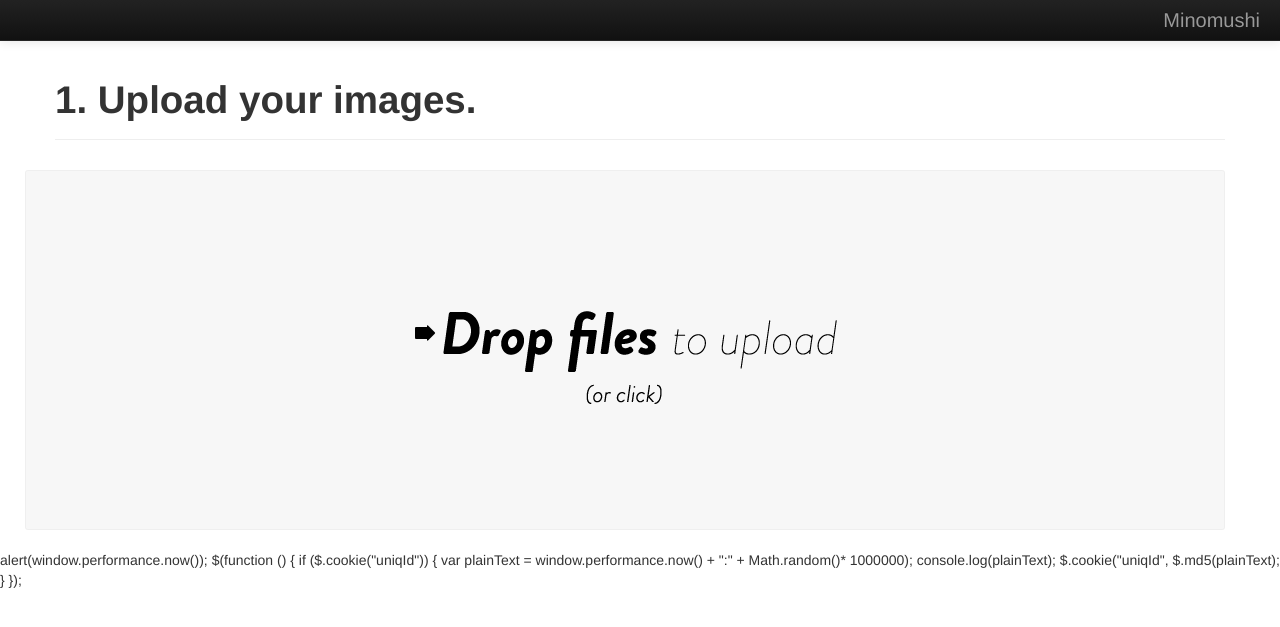
Repository: techiela/minomushi
Page: client/index.html
The author's editor kept a record of every edit. The page is drawn from the files as they stood at one moment, then again after the next edit.
The browser window is 1280 px wide. The pictures show the whole page.

Above is the page before.

### client/index.html
<!doctype html>
<html lang="en" ng-app>

<head>
  <title>Minomushi : pretty image resizing for smartphone</title>
  <meta name="viewport" content="width=device-width, initial-scale=1.0">
  <link rel="stylesheet" href="/css/bootstrap.min.css">
  <link rel="stylesheet" href="/css/bootstrap-responsive.min.css">
  <link rel="stylesheet" href="/css/dropzone.css">
  <style>
    body {
      padding-top: 60px;
    }
  </style>
  <script>
    function MinomushiController($scope, $http) {

      $scope.isDownloadLinkShow = false;
      $scope.send = function send() {};

      Dropzone.options.myAwesomeDropzone = {
        maxFilesize: 1, //MB
        thumbnailWidth: 100, //px
        thumbnailHeight: 100, //px
        dictCancelUpload: 'cancel',
        init: function() {
          this.on("maxfilesexceeded", function(file) {
            alert("No more files please!");
          });

          this.on("complete", function(_file) {
            if (this.getUploadingFiles().length === 0 &&
              this.getQueuedFiles().length === 0) {
              // コールバックの中から$scopeにアクセスする
              $scope.$apply(function() {
                $scope.isDownloadLinkShow = true;
              });

              // ダウンロードリンクまでスクロールする
              $("html, body").animate({
                scrollTop: $("#downloadFromHere").offset().top
              }, 1000);
            }
          });
        }
      }

      $scope.download = function() {
        $http.post("download", {}).success(function() {
          console.log("download ok")
        });
      }
    }
  </script>
</head>

<body>
  <div class="container" ng-controller="MinomushiController">
    <div class="navbar navbar-fixed-top navbar-inverse">
      <div class="navbar-inner">
        <div class="pull-right">
          <a href="/" class="brand">Minomushi</a>
        </div>
      </div>
    </div>
    <div class="page-header">
      <h1>1. Upload your images.</h1>
    </div>
    <div class="row">
      <form action="/upload" class="dropzone" id="my-awesome-dropzone"></form>
    </div>

    <div id="downloadFromHere" ng-show="isDownloadLinkShow">
      <div class="page-header">
        <h1>2. download from here.</h1>
      </div>
      <div class="row">
        <div class="hero-button text-center">
          <a href="/download" class="btn btn-large btn-success">
            <i class="icon-arrow-down icon-white"></i>
            download for iPhone
          </a>
          &nbsp;&nbsp;
          <a href="/download" class="btn btn-large btn-success">
            <i class="icon-arrow-down icon-white"></i>
            download for Android
          </a>
        </div>
      </div>

    </div>

  </div>
  <script src="/js/jquery.min.js"></script>
  <script src="/js/jquery.cookie.js"></script>
  <script src="/js/jquery.md5.js"></script>
  <script src="/js/bootstrap.min.js"></script>
  <script src="/js/angular.min.js"></script>
  <script src="/js/dropzone.js"></script>
  <scropt>

  alert(window.performance.now());
    $(function () {
      if ($.cookie("uniqId")) {
        var plainText = window.performance.now() + ":" + Math.random()* 1000000);
        console.log(plainText);
        $.cookie("uniqId", $.md5(plainText);
      }
    });
  </scropt>
</body>

</html>

### client/css/dropzone.css
/* The MIT License */
.dropzone,
.dropzone *,
.dropzone-previews,
.dropzone-previews * {
  -webkit-box-sizing: border-box;
  -moz-box-sizing: border-box;
  box-sizing: border-box;
}
.dropzone {
  position: relative;
  border: 1px solid rgba(0,0,0,0.08);
  background: rgba(0,0,0,0.02);
  padding: 1em;
}
.dropzone.dz-clickable {
  cursor: pointer;
}
.dropzone.dz-clickable .dz-message,
.dropzone.dz-clickable .dz-message span {
  cursor: pointer;
}
.dropzone.dz-clickable * {
  cursor: default;
}
.dropzone .dz-message {
  opacity: 1;
  -ms-filter: none;
  filter: none;
}
.dropzone.dz-drag-hover {
  border-color: rgba(0,0,0,0.15);
  background: rgba(0,0,0,0.04);
}
.dropzone.dz-started .dz-message {
  display: none;
}
.dropzone .dz-preview,
.dropzone-previews .dz-preview {
  background: rgba(255,255,255,0.8);
  position: relative;
  display: inline-block;
  margin: 17px;
  vertical-align: top;
  border: 1px solid #acacac;
  padding: 6px 6px 6px 6px;
}
.dropzone .dz-preview.dz-file-preview [data-dz-thumbnail],
.dropzone-previews .dz-preview.dz-file-preview [data-dz-thumbnail] {
  display: none;
}
.dropzone .dz-preview .dz-details,
.dropzone-previews .dz-preview .dz-details {
  width: 100px;
  height: 100px;
  position: relative;
  background: #ebebeb;
  padding: 5px;
  margin-bottom: 22px;
}
.dropzone .dz-preview .dz-details .dz-filename,
.dropzone-previews .dz-preview .dz-details .dz-filename {
  overflow: hidden;
  height: 100%;
}
.dropzone .dz-preview .dz-details img,
.dropzone-previews .dz-preview .dz-details img {
  position: absolute;
  top: 0;
  left: 0;
  width: 100px;
  height: 100px;
}
.dropzone .dz-preview .dz-details .dz-size,
.dropzone-previews .dz-preview .dz-details .dz-size {
  position: absolute;
  bottom: -28px;
  left: 3px;
  height: 28px;
  line-height: 28px;
}
.dropzone .dz-preview.dz-error .dz-error-mark,
.dropzone-previews .dz-preview.dz-error .dz-error-mark {
  display: block;
}
.dropzone .dz-preview.dz-success .dz-success-mark,
.dropzone-previews .dz-preview.dz-success .dz-success-mark {
  display: block;
}
.dropzone .dz-preview:hover .dz-details img,
.dropzone-previews .dz-preview:hover .dz-details img {
  display: none;
}
.dropzone .dz-preview .dz-success-mark,
.dropzone-previews .dz-preview .dz-success-mark,
.dropzone .dz-preview .dz-error-mark,
.dropzone-previews .dz-preview .dz-error-mark {
  display: none;
  position: absolute;
  width: 40px;
  height: 40px;
  font-size: 30px;
  text-align: center;
  right: -10px;
  top: -10px;
}
.dropzone .dz-preview .dz-success-mark,
.dropzone-previews .dz-preview .dz-success-mark {
  color: #8cc657;
}
.dropzone .dz-preview .dz-error-mark,
.dropzone-previews .dz-preview .dz-error-mark {
  color: #ee162d;
}
.dropzone .dz-preview .dz-progress,
.dropzone-previews .dz-preview .dz-progress {
  position: absolute;
  top: 100px;
  left: 6px;
  right: 6px;
  height: 6px;
  background: #d7d7d7;
  display: none;
}
.dropzone .dz-preview .dz-progress .dz-upload,
.dropzone-previews .dz-preview .dz-progress .dz-upload {
  display: block;
  position: absolute;
  top: 0;
  bottom: 0;
  left: 0;
  width: 0%;
  background-color: #8cc657;
}
.dropzone .dz-preview.dz-processing .dz-progress,
.dropzone-previews .dz-preview.dz-processing .dz-progress {
  display: block;
}
.dropzone .dz-preview .dz-error-message,
.dropzone-previews .dz-preview .dz-error-message {
  display: none;
  position: absolute;
  top: -5px;
  left: -20px;
  background: rgba(245,245,245,0.8);
  padding: 8px 10px;
  color: #800;
  min-width: 140px;
  max-width: 500px;
  z-index: 500;
}
.dropzone .dz-preview:hover.dz-error .dz-error-message,
.dropzone-previews .dz-preview:hover.dz-error .dz-error-message {
  display: block;
}
.dropzone {
  border: 1px solid rgba(0,0,0,0.03);
  min-height: 360px;
  -webkit-border-radius: 3px;
  border-radius: 3px;
  background: rgba(0,0,0,0.03);
  padding: 23px;
}
.dropzone .dz-default.dz-message {
  opacity: 1;
  -ms-filter: none;
  filter: none;
  -webkit-transition: opacity 0.3s ease-in-out;
  -moz-transition: opacity 0.3s ease-in-out;
  -o-transition: opacity 0.3s ease-in-out;
  -ms-transition: opacity 0.3s ease-in-out;
  transition: opacity 0.3s ease-in-out;
  background-image: url("../img/spritemap.png");
  background-repeat: no-repeat;
  background-position: 0 0;
  position: absolute;
  width: 428px;
  height: 123px;
  margin-left: -214px;
  margin-top: -61.5px;
  top: 50%;
  left: 50%;
}
@media all and (-webkit-min-device-pixel-ratio:1.5),(min--moz-device-pixel-ratio:1.5),(-o-min-device-pixel-ratio:1.5/1),(min-device-pixel-ratio:1.5),(min-resolution:138dpi),(min-resolution:1.5dppx) {
  .dropzone .dz-default.dz-message {
    background-image: url("../img/spritemap@2x.png");
    -webkit-background-size: 428px 406px;
    -moz-background-size: 428px 406px;
    background-size: 428px 406px;
  }
}
.dropzone .dz-default.dz-message span {
  display: none;
}
.dropzone.dz-square .dz-default.dz-message {
  background-position: 0 -123px;
  width: 268px;
  margin-left: -134px;
  height: 174px;
  margin-top: -87px;
}
.dropzone.dz-drag-hover .dz-message {
  opacity: 0.15;
  -ms-filter: "progid:DXImageTransform.Microsoft.Alpha(Opacity=15)";
  filter: alpha(opacity=15);
}
.dropzone.dz-started .dz-message {
  display: block;
  opacity: 0;
  -ms-filter: "progid:DXImageTransform.Microsoft.Alpha(Opacity=0)";
  filter: alpha(opacity=0);
}
.dropzone .dz-preview,
.dropzone-previews .dz-preview {
  -webkit-box-shadow: 1px 1px 4px rgba(0,0,0,0.16);
  box-shadow: 1px 1px 4px rgba(0,0,0,0.16);
  font-size: 14px;
}
.dropzone .dz-preview.dz-image-preview:hover .dz-details img,
.dropzone-previews .dz-preview.dz-image-preview:hover .dz-details img {
  display: block;
  opacity: 0.1;
  -ms-filter: "progid:DXImageTransform.Microsoft.Alpha(Opacity=10)";
  filter: alpha(opacity=10);
}
.dropzone .dz-preview.dz-success .dz-success-mark,
.dropzone-previews .dz-preview.dz-success .dz-success-mark {
  opacity: 1;
  -ms-filter: none;
  filter: none;
}
.dropzone .dz-preview.dz-error .dz-error-mark,
.dropzone-previews .dz-preview.dz-error .dz-error-mark {
  opacity: 1;
  -ms-filter: none;
  filter: none;
}
.dropzone .dz-preview.dz-error .dz-progress .dz-upload,
.dropzone-previews .dz-preview.dz-error .dz-progress .dz-upload {
  background: #ee1e2d;
}
.dropzone .dz-preview .dz-error-mark,
.dropzone-previews .dz-preview .dz-error-mark,
.dropzone .dz-preview .dz-success-mark,
.dropzone-previews .dz-preview .dz-success-mark {
  display: block;
  opacity: 0;
  -ms-filter: "progid:DXImageTransform.Microsoft.Alpha(Opacity=0)";
  filter: alpha(opacity=0);
  -webkit-transition: opacity 0.4s ease-in-out;
  -moz-transition: opacity 0.4s ease-in-out;
  -o-transition: opacity 0.4s ease-in-out;
  -ms-transition: opacity 0.4s ease-in-out;
  transition: opacity 0.4s ease-in-out;
  background-image: url("../images/spritemap.png");
  background-repeat: no-repeat;
}
@media all and (-webkit-min-device-pixel-ratio:1.5),(min--moz-device-pixel-ratio:1.5),(-o-min-device-pixel-ratio:1.5/1),(min-device-pixel-ratio:1.5),(min-resolution:138dpi),(min-resolution:1.5dppx) {
  .dropzone .dz-preview .dz-error-mark,
  .dropzone-previews .dz-preview .dz-error-mark,
  .dropzone .dz-preview .dz-success-mark,
  .dropzone-previews .dz-preview .dz-success-mark {
    background-image: url("../img/spritemap@2x.png");
    -webkit-background-size: 428px 406px;
    -moz-background-size: 428px 406px;
    background-size: 428px 406px;
  }
}
.dropzone .dz-preview .dz-error-mark span,
.dropzone-previews .dz-preview .dz-error-mark span,
.dropzone .dz-preview .dz-success-mark span,
.dropzone-previews .dz-preview .dz-success-mark span {
  display: none;
}
.dropzone .dz-preview .dz-error-mark,
.dropzone-previews .dz-preview .dz-error-mark {
  background-position: -268px -123px;
}
.dropzone .dz-preview .dz-success-mark,
.dropzone-previews .dz-preview .dz-success-mark {
  background-position: -268px -163px;
}
.dropzone .dz-preview .dz-progress .dz-upload,
.dropzone-previews .dz-preview .dz-progress .dz-upload {
  -webkit-animation: loading 0.4s linear infinite;
  -moz-animation: loading 0.4s linear infinite;
  -o-animation: loading 0.4s linear infinite;
  -ms-animation: loading 0.4s linear infinite;
  animation: loading 0.4s linear infinite;
  -webkit-transition: width 0.3s ease-in-out;
  -moz-transition: width 0.3s ease-in-out;
  -o-transition: width 0.3s ease-in-out;
  -ms-transition: width 0.3s ease-in-out;
  transition: width 0.3s ease-in-out;
  -webkit-border-radius: 2px;
  border-radius: 2px;
  position: absolute;
  top: 0;
  left: 0;
  width: 0%;
  height: 100%;
  background-image: url("../images/spritemap.png");
  background-repeat: repeat-x;
  background-position: 0px -400px;
}
@media all and (-webkit-min-device-pixel-ratio:1.5),(min--moz-device-pixel-ratio:1.5),(-o-min-device-pixel-ratio:1.5/1),(min-device-pixel-ratio:1.5),(min-resolution:138dpi),(min-resolution:1.5dppx) {
  .dropzone .dz-preview .dz-progress .dz-upload,
  .dropzone-previews .dz-preview .dz-progress .dz-upload {
    background-image: url("../img/spritemap@2x.png");
    -webkit-background-size: 428px 406px;
    -moz-background-size: 428px 406px;
    background-size: 428px 406px;
  }
}
.dropzone .dz-preview.dz-success .dz-progress,
.dropzone-previews .dz-preview.dz-success .dz-progress {
  display: block;
  opacity: 0;
  -ms-filter: "progid:DXImageTransform.Microsoft.Alpha(Opacity=0)";
  filter: alpha(opacity=0);
  -webkit-transition: opacity 0.4s ease-in-out;
  -moz-transition: opacity 0.4s ease-in-out;
  -o-transition: opacity 0.4s ease-in-out;
  -ms-transition: opacity 0.4s ease-in-out;
  transition: opacity 0.4s ease-in-out;
}
.dropzone .dz-preview .dz-error-message,
.dropzone-previews .dz-preview .dz-error-message {
  display: block;
  opacity: 0;
  -ms-filter: "progid:DXImageTransform.Microsoft.Alpha(Opacity=0)";
  filter: alpha(opacity=0);
  -webkit-transition: opacity 0.3s ease-in-out;
  -moz-transition: opacity 0.3s ease-in-out;
  -o-transition: opacity 0.3s ease-in-out;
  -ms-transition: opacity 0.3s ease-in-out;
  transition: opacity 0.3s ease-in-out;
}
.dropzone .dz-preview:hover.dz-error .dz-error-message,
.dropzone-previews .dz-preview:hover.dz-error .dz-error-message {
  opacity: 1;
  -ms-filter: none;
  filter: none;
}
.dropzone a.dz-remove,
.dropzone-previews a.dz-remove {
  background-image: -webkit-linear-gradient(top, #fafafa, #eee);
  background-image: -moz-linear-gradient(top, #fafafa, #eee);
  background-image: -o-linear-gradient(top, #fafafa, #eee);
  background-image: -ms-linear-gradient(top, #fafafa, #eee);
  background-image: linear-gradient(to bottom, #fafafa, #eee);
  -webkit-border-radius: 2px;
  border-radius: 2px;
  border: 1px solid #eee;
  text-decoration: none;
  display: block;
  padding: 4px 5px;
  text-align: center;
  color: #aaa;
  margin-top: 26px;
}
.dropzone a.dz-remove:hover,
.dropzone-previews a.dz-remove:hover {
  color: #666;
}
@-moz-keyframes loading {
  from {
    background-position: 0 -400px;
  }
  to {
    background-position: -7px -400px;
  }
}
@-webkit-keyframes loading {
  from {
    background-position: 0 -400px;
  }
  to {
    background-position: -7px -400px;
  }
}
@-o-keyframes loading {
  from {
    background-position: 0 -400px;
  }
  to {
    background-position: -7px -400px;
  }
}
@keyframes loading {
  from {
    background-position: 0 -400px;
  }
  to {
    background-position: -7px -400px;
  }
}

Loaded but not shown: client/css/bootstrap.min.css (library); client/css/bootstrap-responsive.min.css (library); client/js/jquery.min.js (library); client/js/jquery.cookie.js (library); client/js/jquery.md5.js (library); client/js/bootstrap.min.js (library); client/js/angular.min.js (library); client/js/dropzone.js (1874 lines, source omitted)

After the next edit:
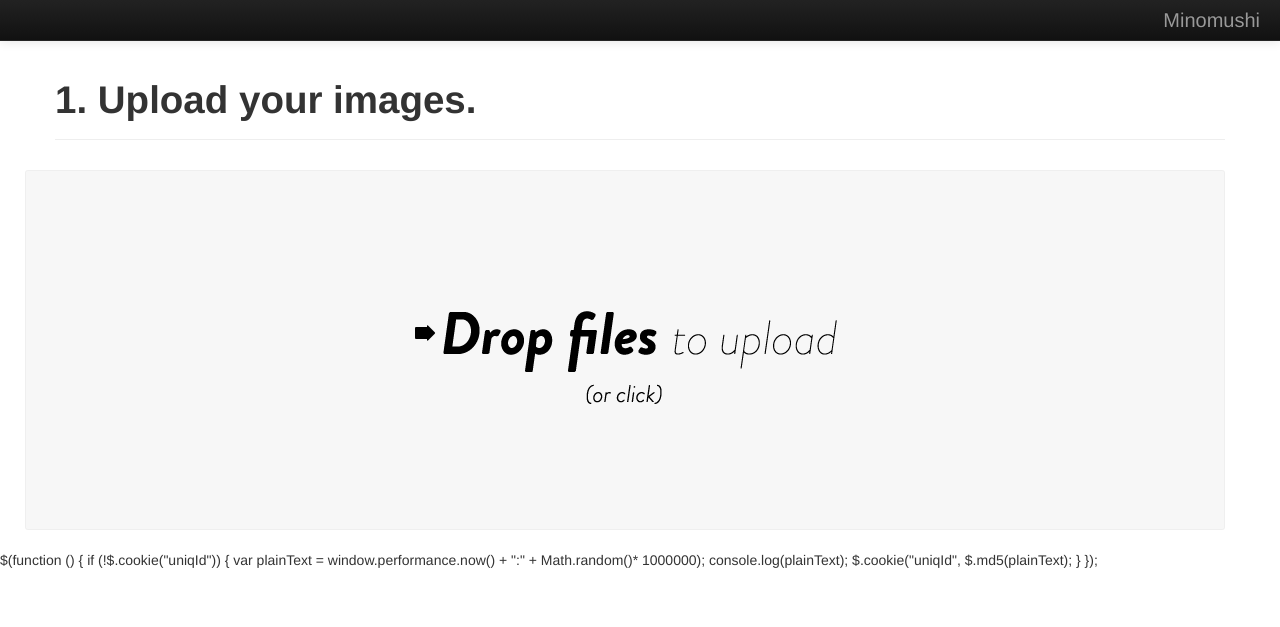
The edit:
--- a/client/index.html
+++ b/client/index.html
@@ -98,10 +98,8 @@
   <script src="/js/angular.min.js"></script>
   <script src="/js/dropzone.js"></script>
   <scropt>
-
-  alert(window.performance.now());
     $(function () {
-      if ($.cookie("uniqId")) {
+      if (!$.cookie("uniqId")) {
         var plainText = window.performance.now() + ":" + Math.random()* 1000000);
         console.log(plainText);
         $.cookie("uniqId", $.md5(plainText);
